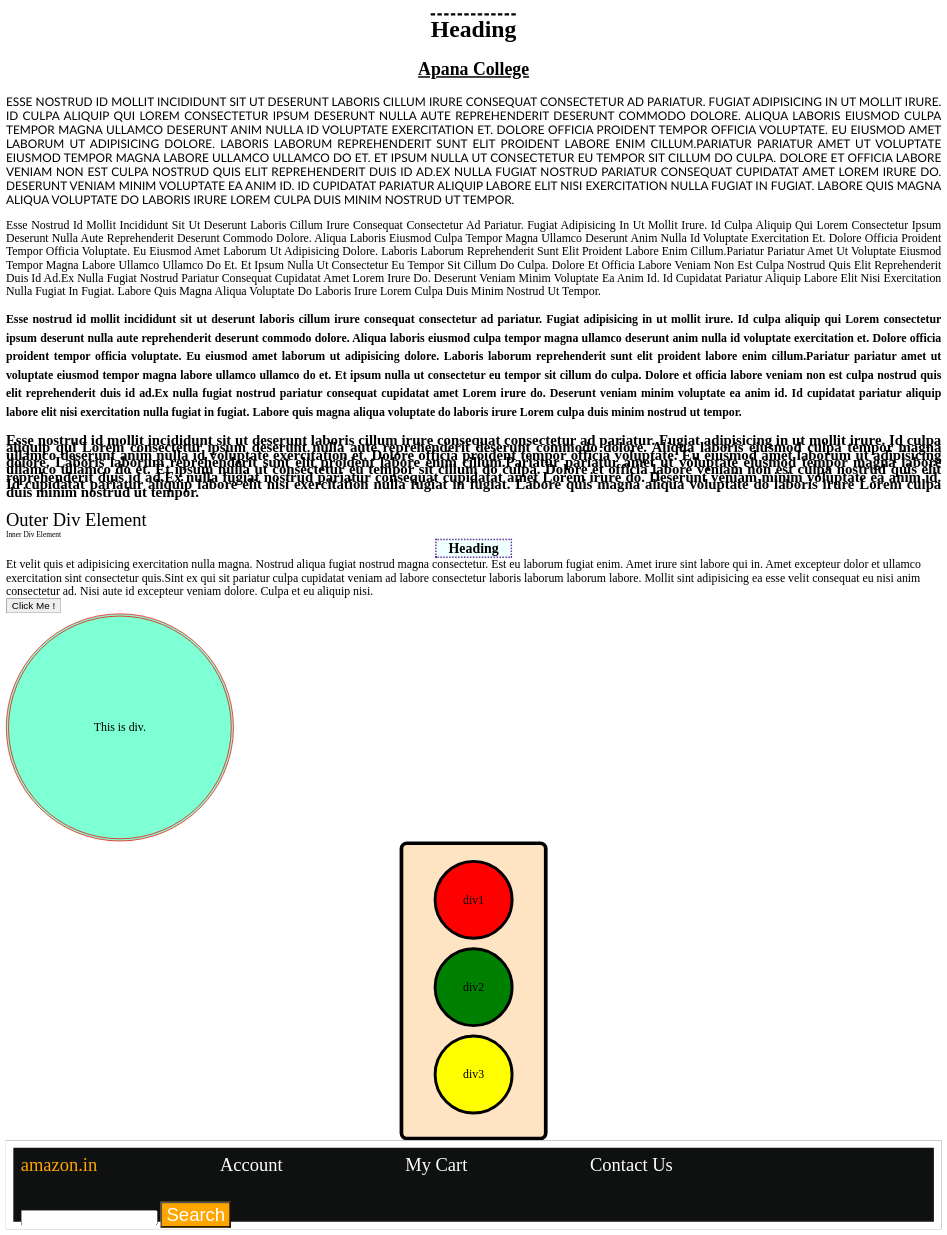
Repository: rakeshkolpepatil/CSS_Apana_College
Page: index.html
An editor plug-in stored every save of this project. The page is shown before and after the next save, followed by the edit.
The browser window is 1280 px wide. The pictures show the whole page, at 74% of full size.

Above is the page before, as saved 2023-06-22 22:08:30.

### index.html
<!DOCTYPE html>
<html lang="en">
<head>
  <meta charset="UTF-8">
  <meta name="viewport" content="width=device-width, initial-scale=1.0">
  <title>Document</title>
  <link rel="stylesheet" href="styleTwo.css">
</head>
<body>
  <h1> Heading </h1>
  <h2> Apana College </h2>
  <p id="pOne">Esse nostrud id mollit incididunt sit ut deserunt laboris cillum irure consequat consectetur ad pariatur. Fugiat adipisicing in ut mollit irure. Id culpa aliquip qui Lorem consectetur ipsum deserunt nulla aute reprehenderit deserunt commodo dolore. Aliqua laboris eiusmod culpa tempor magna ullamco deserunt anim nulla id voluptate exercitation et. Dolore officia proident tempor officia voluptate. Eu eiusmod amet laborum ut adipisicing dolore. Laboris laborum reprehenderit sunt elit proident labore enim cillum.Pariatur pariatur amet ut voluptate eiusmod tempor magna labore ullamco ullamco do et. Et ipsum nulla ut consectetur eu tempor sit cillum do culpa. Dolore et officia labore veniam non est culpa nostrud quis elit reprehenderit duis id ad.Ex nulla fugiat nostrud pariatur consequat cupidatat amet Lorem irure do. Deserunt veniam minim voluptate ea anim id. Id cupidatat pariatur aliquip labore elit nisi exercitation nulla fugiat in fugiat. Labore quis magna aliqua voluptate do laboris irure Lorem culpa duis minim nostrud ut tempor.
  </p>
  <p id="pTwo">Esse nostrud id mollit incididunt sit ut deserunt laboris cillum irure consequat consectetur ad pariatur. Fugiat adipisicing in ut mollit irure. Id culpa aliquip qui Lorem consectetur ipsum deserunt nulla aute reprehenderit deserunt commodo dolore. Aliqua laboris eiusmod culpa tempor magna ullamco deserunt anim nulla id voluptate exercitation et. Dolore officia proident tempor officia voluptate. Eu eiusmod amet laborum ut adipisicing dolore. Laboris laborum reprehenderit sunt elit proident labore enim cillum.Pariatur pariatur amet ut voluptate eiusmod tempor magna labore ullamco ullamco do et. Et ipsum nulla ut consectetur eu tempor sit cillum do culpa. Dolore et officia labore veniam non est culpa nostrud quis elit reprehenderit duis id ad.Ex nulla fugiat nostrud pariatur consequat cupidatat amet Lorem irure do. Deserunt veniam minim voluptate ea anim id. Id cupidatat pariatur aliquip labore elit nisi exercitation nulla fugiat in fugiat. Labore quis magna aliqua voluptate do laboris irure Lorem culpa duis minim nostrud ut tempor.
  </p>
  <p id="pThree">Esse nostrud id mollit incididunt sit ut deserunt laboris cillum irure consequat consectetur ad pariatur. Fugiat adipisicing in ut mollit irure. Id culpa aliquip qui Lorem consectetur ipsum deserunt nulla aute reprehenderit deserunt commodo dolore. Aliqua laboris eiusmod culpa tempor magna ullamco deserunt anim nulla id voluptate exercitation et. Dolore officia proident tempor officia voluptate. Eu eiusmod amet laborum ut adipisicing dolore. Laboris laborum reprehenderit sunt elit proident labore enim cillum.Pariatur pariatur amet ut voluptate eiusmod tempor magna labore ullamco ullamco do et. Et ipsum nulla ut consectetur eu tempor sit cillum do culpa. Dolore et officia labore veniam non est culpa nostrud quis elit reprehenderit duis id ad.Ex nulla fugiat nostrud pariatur consequat cupidatat amet Lorem irure do. Deserunt veniam minim voluptate ea anim id. Id cupidatat pariatur aliquip labore elit nisi exercitation nulla fugiat in fugiat. Labore quis magna aliqua voluptate do laboris irure Lorem culpa duis minim nostrud ut tempor.
  </p>
  <p id="pFour">Esse nostrud id mollit incididunt sit ut deserunt laboris cillum irure consequat consectetur ad pariatur. Fugiat adipisicing in ut mollit irure. Id culpa aliquip qui Lorem consectetur ipsum deserunt nulla aute reprehenderit deserunt commodo dolore. Aliqua laboris eiusmod culpa tempor magna ullamco deserunt anim nulla id voluptate exercitation et. Dolore officia proident tempor officia voluptate. Eu eiusmod amet laborum ut adipisicing dolore. Laboris laborum reprehenderit sunt elit proident labore enim cillum.Pariatur pariatur amet ut voluptate eiusmod tempor magna labore ullamco ullamco do et. Et ipsum nulla ut consectetur eu tempor sit cillum do culpa. Dolore et officia labore veniam non est culpa nostrud quis elit reprehenderit duis id ad.Ex nulla fugiat nostrud pariatur consequat cupidatat amet Lorem irure do. Deserunt veniam minim voluptate ea anim id. Id cupidatat pariatur aliquip labore elit nisi exercitation nulla fugiat in fugiat. Labore quis magna aliqua voluptate do laboris irure Lorem culpa duis minim nostrud ut tempor.
  </p>

  <div id="outer">
    Outer Div Element
    <div id="inner">
      Inner Div Element
    </div>
  </div>

  <h3> Heading </h3>
  <div>
    Et velit quis et adipisicing exercitation nulla magna. Nostrud aliqua fugiat nostrud magna consectetur. Est eu laborum fugiat enim. Amet irure sint labore qui in. Amet excepteur dolor et ullamco exercitation sint consectetur quis.Sint ex qui sit pariatur culpa cupidatat veniam ad labore consectetur laboris laborum laborum labore. Mollit sint adipisicing ea esse velit consequat eu nisi anim consectetur ad. Nisi aute id excepteur veniam dolore. Culpa et eu aliquip nisi.
  </div>
  <button> Click Me ! </button>
  <div id="div4"> This is div. </div>

  <div style="background-color: bisque; width: 150px; margin: auto; padding: 20px; border: 5px solid black; border-radius:10px" >
    <div class="div5"> div1 </div>
    <div class="div5" style="background-color: green;"> div2 </div>
    <div class="div5" style="background-color: yellow;"> div3 </div>
  </div>

  <div id="div6" >
    <a style="display:inline-block; margin-right: 13%; color: orange; margin-top: 10px; margin-left: 10px; text-decoration: none; ; text-decoration: none; font-size: 25px;" href="https://www.amazon.in" >amazon.in</a>
    <a style="display:inline-block; margin-right: 13%; color: white; margin-top: 10px; text-decoration: none; font-size: 25px;" href="">Account</a>
    <a style="display:inline-block; margin-right: 13%; color: white; margin-top: 10px; text-decoration: none; font-size: 25px;" href="">My Cart</a>
    <a style="display:inline-block; margin-right: 13%; color: white; margin-top: 10px; text-decoration: none; font-size: 25px;" href="">Contact Us</a>
    <div style="display:inline-block;  padding: 10px;">
      <input style="display:inline-block;  color: white;"> </input>
      <button style="background-color: orange; color:white;  font-size: 25px; margin-top: 25px;"> Search</button>
    </div>
  </div>
</body>
</html>

### styleTwo.css
h1{
  text-align: center;
  text-decoration:  dotted underline  ;
  text-decoration:  dashed overline  ;
}

h2{
  text-align: center;
  text-transform: capitalize;
  text-decoration: underline;
}

#pOne{
  text-align: justify;
  text-transform: uppercase;
  font-weight: 100;
  font-family: 'Gill Sans', 'Gill Sans MT', Calibri, 'Trebuchet MS', sans-serif;
}

#pTwo{
  text-transform: capitalize;
  text-align: justify;
  font-weight: 300;
}

#pThree{
  text-align: justify;
  line-height: 25px;
  font-weight: 600;
}

#pFour{
  text-align: justify;
  font-size: 20px;
  line-height: 10px;
  font-weight: 900;
}

#outer{
  font-size: 25px;
}

#inner{
  font-size: 10px;
}

#div4{
  height: 300px;
  width: 300px;
  background-color:aquamarine;

  /* border-width: 4px;
  border-color: black;
  border-style: dotted; */


  display: flex;
  text-align: center;
  justify-content: center;
  align-items: center;

  /* border: 4px solid red; */
  border: 4px double red;
  /* border-radius: 10px; */
  border-radius: 50% ;
}

h3{
  display: flex;
  justify-content: center;
  align-items:center;
  margin-left: 50%;
  /* text-align: center; */
  border: 2px dotted rebeccapurple;
  width: 100px;
  margin: auto;
  background-color:azure;
}

.div5{
  width: 100px;
  height: 100px;
  background-color:red;
  margin: auto;
  margin-bottom: 10px;
  display: flex;
  justify-content: center;
  align-items:center;
  border: 4px solid black;
  border-radius: 50%
}

#div6{
  height: 100px;
  border: 10px solid white;
  background-color:#0f1111;
}

After the next save:
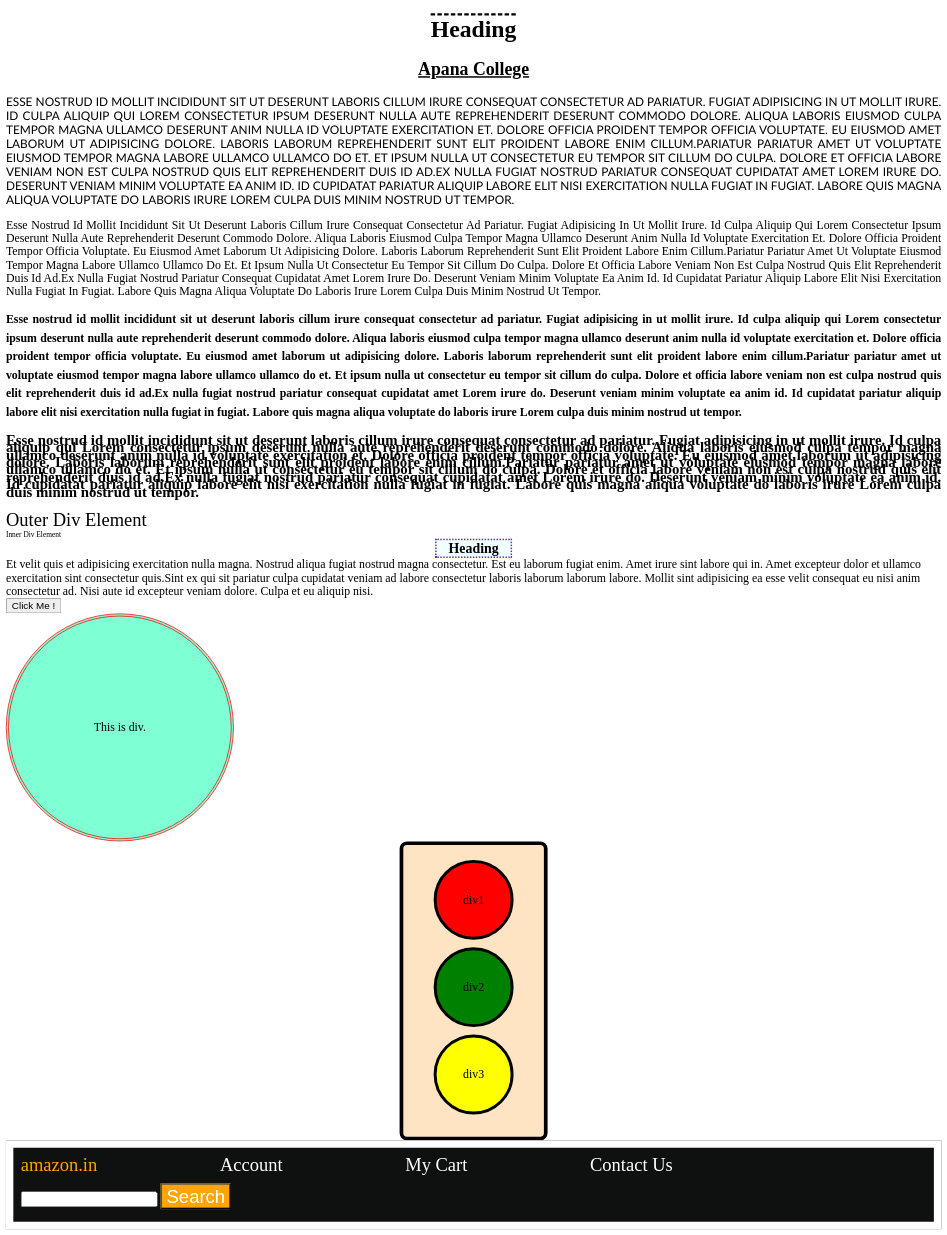
Saved 20 s later.
--- a/index.html
+++ b/index.html
@@ -45,7 +45,7 @@
     <a style="display:inline-block; margin-right: 13%; color: white; margin-top: 10px; text-decoration: none; font-size: 25px;" href="">Contact Us</a>
     <div style="display:inline-block;  padding: 10px;">
       <input style="display:inline-block;  color: white;"> </input>
-      <button style="background-color: orange; color:white;  font-size: 25px; margin-top: 25px;"> Search</button>
+      <button style="background-color: orange; color:white;  font-size: 25px; "> Search</button>
     </div>
   </div>
 </body>
